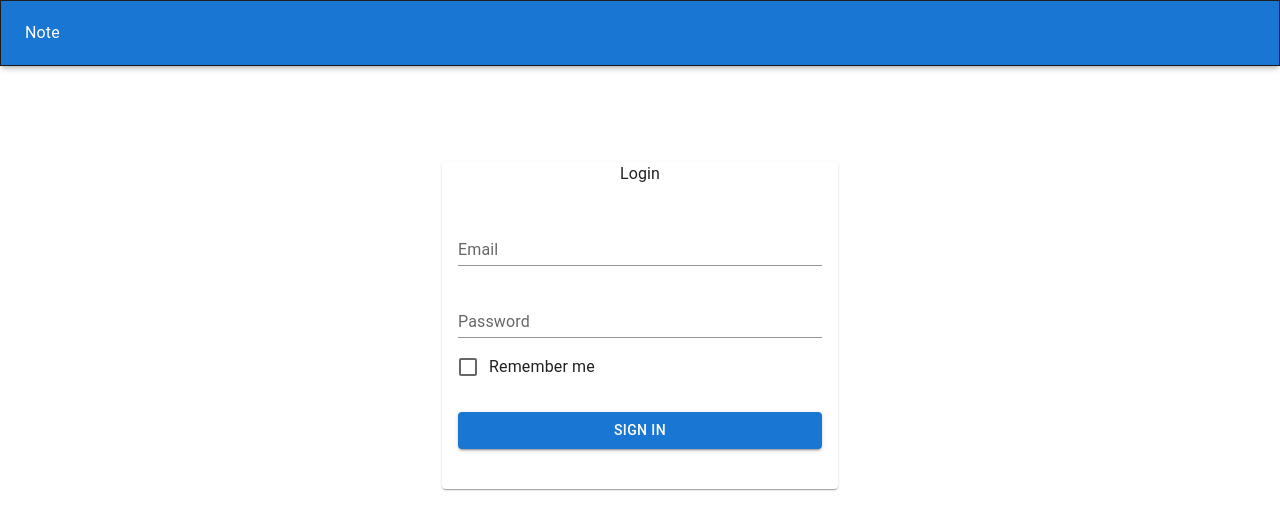
Repository: NGHIAVN1/Note
Page: /
The author's editor kept a copy of each file at every save. The page is drawn from the files as they stood at one save, then again after the next save.
The browser window is 1280 px wide. The pictures show the whole page.
The project was rebuilt for these pictures with package versions that can differ from the ones it lists, and the page was loaded fresh each time. Also part of the build but not shown: vite.config.js.

Above is the page before, as saved 2024-03-20 10:23:49.

After the next save:
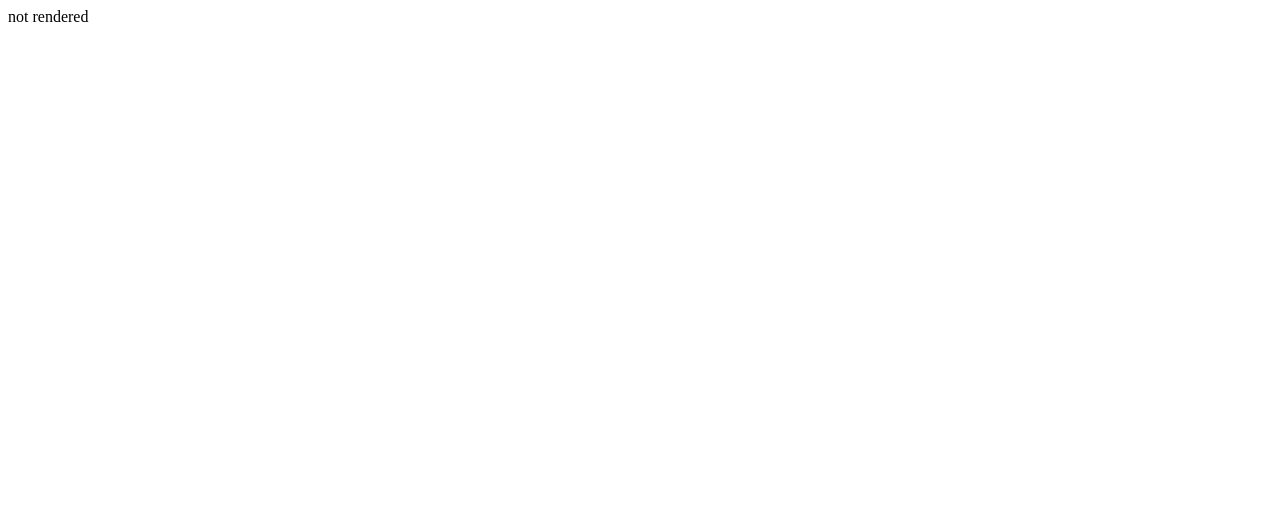
Console error: ReferenceError: styled is not defined
Saved 5 min 16 s later.
--- a/src/header.jsx
+++ b/src/header.jsx
@@ -1,5 +1,46 @@
 import { Box, Typography, AppBar } from "@mui/material";
 import Toolbar from "@mui/material/Toolbar";
+const Search = styled("div")(({ theme }) => ({
+  position: "relative",
+  borderRadius: theme.shape.borderRadius,
+  backgroundColor: alpha(theme.palette.common.white, 0.15),
+  "&:hover": {
+    backgroundColor: alpha(theme.palette.common.white, 0.25),
+  },
+  marginLeft: 0,
+  width: "100%",
+  [theme.breakpoints.up("sm")]: {
+    marginLeft: theme.spacing(1),
+    width: "auto",
+  },
+}));
+
+const SearchIconWrapper = styled("div")(({ theme }) => ({
+  padding: theme.spacing(0, 2),
+  height: "100%",
+  position: "absolute",
+  pointerEvents: "none",
+  display: "flex",
+  alignItems: "center",
+  justifyContent: "center",
+}));
+
+const StyledInputBase = styled(InputBase)(({ theme }) => ({
+  color: "inherit",
+  width: "100%",
+  "& .MuiInputBase-input": {
+    padding: theme.spacing(1, 1, 1, 0),
+    // vertical padding + font size from searchIcon
+    paddingLeft: `calc(1em + ${theme.spacing(4)})`,
+    transition: theme.transitions.create("width"),
+    [theme.breakpoints.up("sm")]: {
+      width: "12ch",
+      "&:focus": {
+        width: "20ch",
+      },
+    },
+  },
+}));
 const Header = () => {
   return (
     <div>

After the 3 saves that followed:
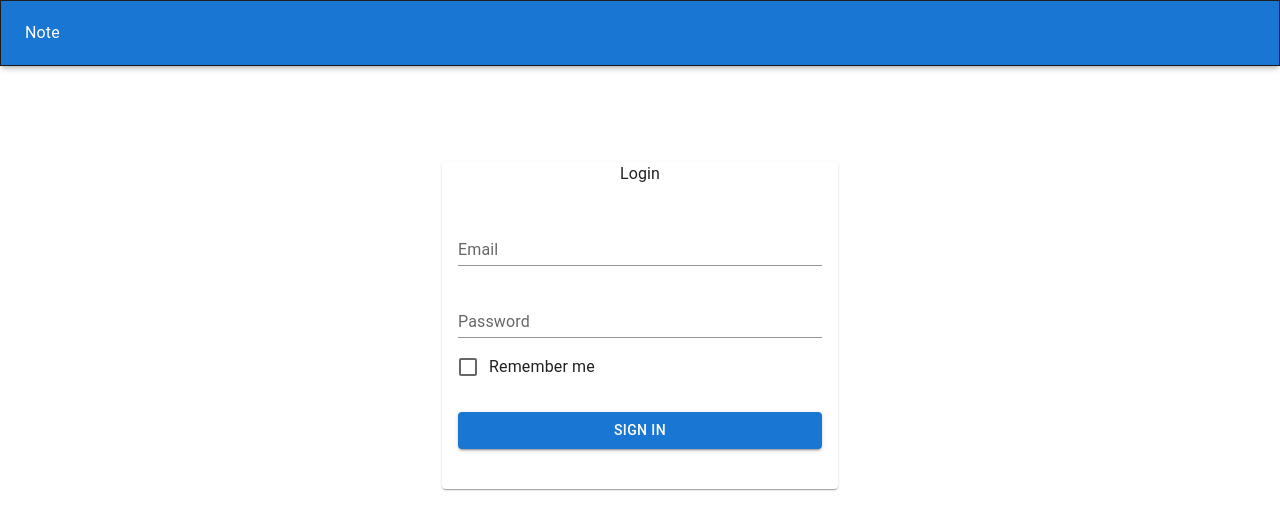
The error is gone.
The 3 saves are shown as one change because 2 left the picture as it was.
The last was saved 2 min 34 s later.
--- a/src/header.jsx
+++ b/src/header.jsx
@@ -1,5 +1,8 @@
 import { Box, Typography, AppBar } from "@mui/material";
+import { styled, alpha } from "@mui/material/styles";
 import Toolbar from "@mui/material/Toolbar";
+import InputBase from "@mui/material/InputBase";
+
 const Search = styled("div")(({ theme }) => ({
   position: "relative",
   borderRadius: theme.shape.borderRadius,
@@ -60,6 +63,11 @@
             <Typography sx={{ flex: 1 }} position={"relative"}>
               Note
             </Typography>
+            <Search>
+              <SearchIconWrapper>
+                <searchIcon />
+              </SearchIconWrapper>
+            </Search>
           </Toolbar>
         </AppBar>
       </Box>
